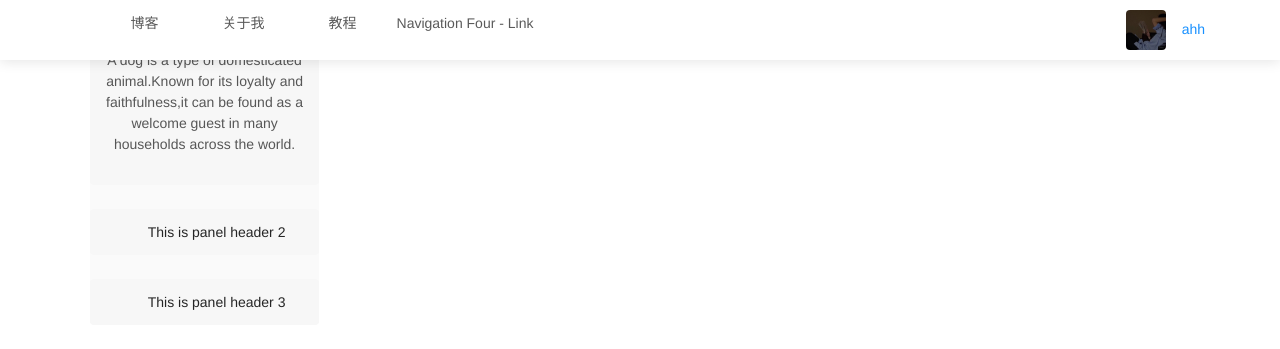
Repository: GitDjAr/blog
Page: /notes (app in myblog/)
An editor plug-in stored every save of this project. The page is shown before and after the next save, followed by the edit.
The browser window is 1280 px wide. The pictures show the whole page.
The project was rebuilt for these pictures with package versions that can differ from the ones it lists, and the page was loaded fresh each time. Also part of the build but not shown: myblog/webpack.config.js. Imported but missing from the stored project, and not drawn on this page: myblog/src/store/getters, myblog/src/views/about/about.

Above is the page before, as saved 2020-12-27 19:15:15.

### myblog/src/main.js
import Vue from 'vue'
import App from './App.vue'
import router from './router/index'
import store from './store/index'
import 'ant-design-vue/dist/antd.css'; // or 'ant-design-vue/dist/antd.less'


import Antd from 'ant-design-vue';
Vue.use(Antd);
new Vue({
  el: '#app',
  router,
  store,
  render: h => h(App)
})

### myblog/src/App.vue
<template>
  <div id="app">
    <headers></headers>
    <div class="conten">
      <router-view/>
    </div>
  </div>
</template>

<script>
import headers from 'v/header/header'
export default {
  components:{
    headers,
  },
  name: 'app',
  data () {
    return {
    }
  }
}
</script>

<style lang="scss">
#app {
  font-family: 'Avenir', Helvetica, Arial, sans-serif;
  -webkit-font-smoothing: antialiased;
  -moz-osx-font-smoothing: grayscale;
  text-align: center;
  color: #2c3e50;
  .conten{
    width: 1100px;
    margin: auto;
  }
}

</style>

### myblog/src/router/index.js
import Vue from 'vue'
import Router from 'vue-router'
Vue.use(Router)

// 暴露router
const router = new Router({
  mode:'history',
  routes:[
    {
      path:'/',
      redirect:'/index',
    },
    {
      path:'/index',
      meat:{title:'hello,欢迎来到我博客',foter:false},
      name:'index',
      component:()=>import('@/views/index')
    },
    {
      path:'/about',
      meat:{title:'关于我',foter:true},
      name:'about',
      component:()=>import('@/views/about/about')
    },
    {
      path:'/notes',
      meat:{title:'笔记',foter:true},
      name:'notes',
      component:()=>import('@/views/notes/notes')
    }
  ]
})

export default router

### myblog/src/store/index.js
import Vue from 'vue'
import Vuex from 'vuex'
import {getters} from './getters'

Vue.use(Vuex)

const store = new Vuex.Store({
  state:{
    Switch_:localStorage.getItem('state')  //dattiem or nightime
  },
  modules:{
    Switch_(state,status){
      // localStorage.setItem(state) = status
    }
  },
getters
})

export default store

### myblog/src/views/header/header.vue
<!--  -->
<template>
<div class="header-x">
  <a-row align='middle' type='flex' justify='space-between'>
    <a-col
    :lg="{span:'12'}"
    span='2'
    class="ul_flat"
    >
      <a-menu v-model="current" mode="horizontal"
      @click='titleClick '>
        <a-menu-item key="index"> <a-icon type="mail" />博客</a-menu-item>
        <a-menu-item key="about"> <a-icon type="mail" />关于我</a-menu-item>
        <a-sub-menu>
          <span slot="title" class="submenu-title-wrapper"
            ><a-icon type="setting" />教程</span
          >
          <a-menu-item-group title="Item 1">
            <a-menu-item key="notes">
              笔记
            </a-menu-item>
            <a-menu-item key="setting:2">
              Option 2
            </a-menu-item>
          </a-menu-item-group>
          <a-menu-item-group title="Item 2">
            <a-menu-item key="setting:3">
              Option 3
            </a-menu-item>
            <a-menu-item key="setting:4">
              Option 4
            </a-menu-item>
          </a-menu-item-group>
        </a-sub-menu>
        <a-menu-item key="alipay">
          <a href="https://antdv.com" target="_blank" rel="noopener noreferrer"
            >Navigation Four - Link</a
          >
        </a-menu-item>
      </a-menu>
    </a-col>

    <a-col lg='6' :span="4"  >
        <a-icon type="fullscreen"
          @click="阿"
          v-if="isicon"/>
      <a-avatar shape="square" :src='userimg' :size="40" icon="user" />
      <a-button type="link">
      {{name}}
      </a-button>
    </a-col>
  </a-row>
</div>
</template>

<script>
import userimg from '@/assets/image/1.jpg'
export default {

  components: {

},
  data () {
    return {
      userimg:userimg,
      name:'ahh',
      isicon:'',
      current: ['mail'],
    };
  },

  filters: {

},

  watch: {
},

  computed: {
},

  methods: {
    titleClick (e){
      this.$router.push({
        path:e.key
      })
    },

},

  mounted(){
    window.addEventListener('resize',this.bodysize,false)
},
}

</script>
<style scoped lang='scss'>
.header-x{
  position: fixed;
  z-index: 100;
  box-shadow: 0 2px 12px 0 rgba(0, 0, 0, 0.1);
  height: 60px;
  width: 100%;
  .ant-menu-root {
    border:none
  }
  .ant-menu-horizontal{
    box-sizing: border-box;
    border:none
    .ant-menu-item{
      line-height: 60px;
      height: 60px;
    }
    height: 60px;
  }
}
</style>

### myblog/src/views/notes/notes.vue
<!--  -->
<template>
  <div>
    <a-row>
      <a-col :span='0' :lg="{span:'6'}" :xl="{span:'5'}">
        <div>
          <a-collapse default-active-key="1" :bordered="false"
          :expand-icon-position='right'>
            <template #expandIcon="props">
              <a-icon type="caret-right" :rotate="props.isActive ? 90 : 0" />
            </template>
            <a-collapse-panel key="1" header="This is panel header 1" :style="customStyle">
              <p>{{ text }}</p>
            </a-collapse-panel>
            <a-collapse-panel key="2" header="This is panel header 2" :style="customStyle">
              <p>{{ text }}</p>
            </a-collapse-panel>
            <a-collapse-panel key="3" header="This is panel header 3" :style="customStyle">
              <p>{{ text }}</p>
            </a-collapse-panel>
          </a-collapse>
        </div>
      </a-col>
    </a-row>
  </div>
</template>

<script>
export default {
  data () {
    return {
      text: `A dog is a type of domesticated animal.Known for its loyalty and faithfulness,it can be found as a welcome guest in many households across the world.`,
      customStyle:
        'background: #f7f7f7;border-radius: 4px;margin-bottom: 24px;border: 0;overflow: hidden',
    };
  },
  mounted(){

},

  methods: {

}
}

</script>
<style scoped lang='scss'>

</style>

After the next save:
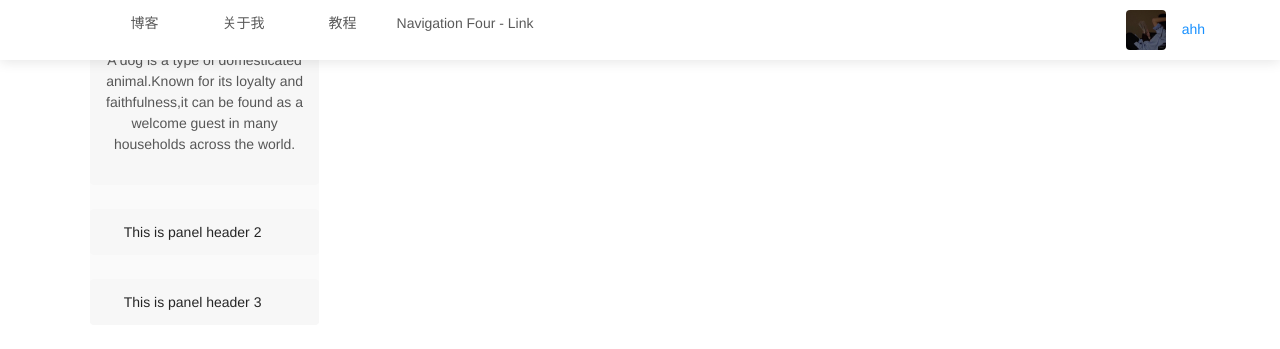
Saved 60 s later.
--- a/myblog/src/views/notes/notes.vue
+++ b/myblog/src/views/notes/notes.vue
@@ -5,7 +5,7 @@
       <a-col :span='0' :lg="{span:'6'}" :xl="{span:'5'}">
         <div>
           <a-collapse default-active-key="1" :bordered="false"
-          :expand-icon-position='right'>
+          expand-icon-position='right'>
             <template #expandIcon="props">
               <a-icon type="caret-right" :rotate="props.isActive ? 90 : 0" />
             </template>
